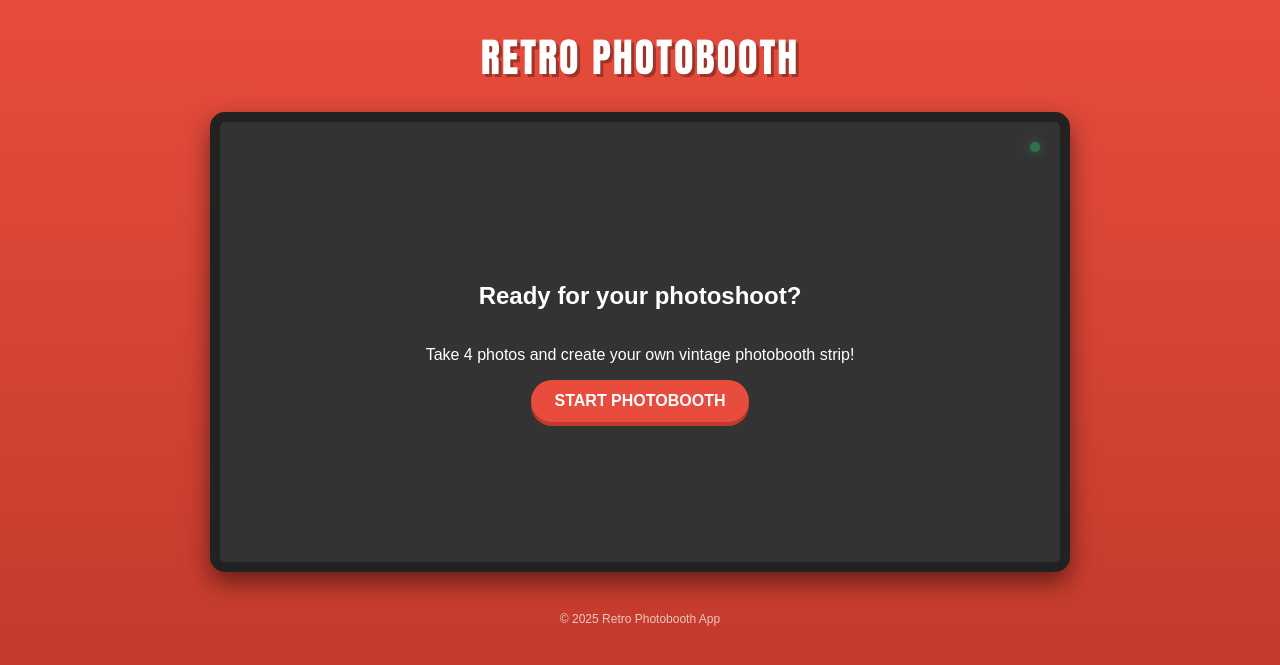
Repository: Strawb3rryjam/QuickSnip
Page: index.html
The author's editor kept a copy of each file at every save. The page is drawn from the files as they stood at one save, then again after the next save.
The browser window is 1280 px wide. The pictures show the whole page.

Above is the page before, as saved 2025-05-08 15:19:49.

### index.html
<!DOCTYPE html>
<html lang="en">

<head>
    <meta charset="UTF-8">
    <meta name="viewport" content="width=device-width, initial-scale=1.0">
    <title>Retro Photobooth</title>
    <link rel="stylesheet" href="styles.css">
</head>

<body>
    <h1>RETRO PHOTOBOOTH</h1>
    <div class="container">
        <div class="retro-light"></div>

        <div class="start-screen" id="startScreen">

            <h2>Ready for your photoshoot?</h2>
            <p>Take 4 photos and create your own vintage photobooth strip!</p>
            <button id="startButton">Start Photobooth</button>
        </div>

        <div class="camera-container" id="cameraContainer">
            <video id="camera" autoplay playsinline></video>
            <div class="countdown" id="countdown"></div>
            <div class="flash" id="flash"></div>
            <div class="loading-message" id="loadingMessage">Initializing camera...</div>
        </div>

        <div class="controls" id="cameraControls" style="display: none;">
            <button id="captureButton">Take Photos</button>
        </div>

        <div class="photostrip-container" id="photostripContainer">
            <div class="photostrip" id="photostrip">
                <div class="photostrip-branding">Retro Photobooth - April 28, 2025</div>
            </div>

            <div class="editor-tools">
                <div>
                    <h3>Border Color</h3>
                    <div class="color-picker" id="colorPicker">
                        <div class="color selected" style="background-color: white;" data-color="white"></div>
                        <div class="color" style="background-color: #ffcc00;" data-color="#ffcc00"></div>
                        <div class="color" style="background-color: #ff6b6b;" data-color="#ff6b6b"></div>
                        <div class="color" style="background-color: #48dbfb;" data-color="#48dbfb"></div>
                        <div class="color" style="background-color: #1dd1a1;" data-color="#1dd1a1"></div>
                        <div class="color" style="background-color: #f368e0;" data-color="#f368e0"></div>
                        <div class="color" style="background-color: #ff9f43;" data-color="#ff9f43"></div>
                        <div class="color" style="background-color: black;" data-color="black"></div>
                    </div>
                </div>

                <div>
                    <h3>Add Stickers</h3>
                    <div class="stickers" id="stickerPicker">
                        <div class="sticker">⭐</div>
                        <div class="sticker">❤️</div>
                        <div class="sticker">🌈</div>
                        <div class="sticker">😎</div>
                        <div class="sticker">🎉</div>
                        <div class="sticker">✨</div>
                        <div class="sticker">💯</div>
                        <div class="sticker">🔥</div>
                        <div class="sticker">👑</div>
                        <div class="sticker">🦄</div>
                    </div>
                </div>

                <button id="downloadButton">Download Photostrip</button>
                <button id="resetButton">Take New Photos</button>
            </div>
        </div>
    </div>

    <div id="copyright">© 2025 Retro Photobooth App</div>

    <script src="https://cdnjs.cloudflare.com/ajax/libs/html2canvas/1.4.1/html2canvas.min.js"></script>
    <script src="scripts.js"></script>
</body>

</html>

### styles.css
body {
  font-family: 'Arial', sans-serif;
  background-color: #f0f0f0;
  margin: 0;
  padding: 0;
  display: flex;
  flex-direction: column;
  align-items: center;
  min-height: 100vh;
  background-image: linear-gradient(to bottom, #e74c3c, #c0392b);
  color: white;
  text-align: center;
}

h1 {
  font-family: 'Impact', sans-serif;
  letter-spacing: 2px;
  font-size: 2.5rem;
  text-shadow: 3px 3px 0px rgba(0, 0, 0, 0.3);
  margin-bottom: 5px;
}


.photobooth-exterior {
  position: relative;
  width: 100vw;
  height: 100vh;
  overflow: hidden;
  display: flex;
  justify-content: center;
  align-items: center;
}



.entrance {
  position: absolute;
  top: 0;
  left: 0;
  width: 100%;
  height: 100%;
  object-fit: cover;
  object-position: center;
  z-index: -1;
}




#curtain {
  position: absolute;
  width: 20vw; /* Responsive width */
  height: 428px; /* Let it scale proportionally */
  left: 50%; /* Center-ish position */
  top: 35%;  /* Adjust as needed */
  transform: translate(-30%, -14%); /* Centers the image on its position point */
  object-fit: contain;
  cursor: pointer;
  z-index: 1; /* Above entrance image */
}






.container {
  max-width: 800px;
  width: 95%;
  background-color: #333;
  border-radius: 15px;
  padding: 20px;
  box-shadow: 0 10px 25px rgba(0, 0, 0, 0.5);
  margin: 20px 0;
  border: 10px solid #222;
  position: relative;
}

.start-screen {
  display: flex;
  flex-direction: column;
  align-items: center;
  justify-content: center;
  height: 400px;
}

.camera-container {
  position: relative;
  margin: 0 auto;
  width: 100%;
  max-width: 640px;
  border-radius: 8px;
  overflow: hidden;
  display: none;
}

#camera {
  width: 100%;
  height: auto;
  background-color: #222;
  border-radius: 8px;
  transform: scaleX(-1);
}

.controls {
  margin-top: 20px;
  display: flex;
  justify-content: center;
  flex-wrap: wrap;
  gap: 10px;
}

button {
  background-color: #e74c3c;
  color: white;
  border: none;
  padding: 12px 24px;
  font-size: 16px;
  border-radius: 30px;
  cursor: pointer;
  transition: all 0.3s;
  font-weight: bold;
  box-shadow: 0 4px 0 #c0392b;
  text-transform: uppercase;
}

button:hover {
  background-color: #c0392b;
  box-shadow: 0 2px 0 #9e2a1e;
  transform: translateY(2px);
}

button:active {
  transform: translateY(4px);
  box-shadow: none;
}

button:disabled {
  background-color: #999;
  box-shadow: none;
  cursor: not-allowed;
}

.countdown {
  position: absolute;
  top: 50%;
  left: 50%;
  transform: translate(-50%, -50%);
  font-size: 8rem;
  color: white;
  text-shadow: 0 0 10px #000;
  opacity: 0.8;
  display: none;
}

.flash {
  position: absolute;
  top: 0;
  left: 0;
  width: 100%;
  height: 100%;
  background-color: white;
  opacity: 0;
  transition: opacity 0.1s;
}

.photostrip-container {
  display: none;
  flex-direction: column;
  align-items: center;
  width: 100%;
}

.photostrip {
  display: flex;
  flex-direction: column;
  gap: 10px;
  background-color: white;
  padding: 20px;
  width: 240px;
  border-radius: 5px;
  box-shadow: 0 0 10px rgba(0,0,0,0.5);
  margin-bottom: 20px;
  position: relative;
}

.photostrip img {
  width: 100%;
  height: auto;
  border: 1px solid #ddd;
}

.photostrip-branding {
  color: #333;
  font-size: 12px;
  margin-top: 10px;
  text-align: center;
  font-family: 'Courier New', monospace;
}

.editor-tools {
  display: flex;
  flex-wrap: wrap;
  justify-content: center;
  gap: 10px;
  margin-top: 20px;
  width: 100%;
}

.color-picker {
  display: flex;
  flex-wrap: wrap;
  justify-content: center;
  gap: 5px;
  margin-bottom: 15px;
}

.color {
  width: 30px;
  height: 30px;
  border-radius: 50%;
  cursor: pointer;
  border: 2px solid transparent;
  transition: transform 0.2s;
}

.color:hover {
  transform: scale(1.2);
}

.color.selected {
  border: 2px solid white;
  box-shadow: 0 0 5px rgba(0,0,0,0.5);
}

.stickers {
  display: flex;
  flex-wrap: wrap;
  justify-content: center;
  gap: 10px;
  margin-bottom: 15px;
}

.sticker {
  font-size: 24px;
  cursor: pointer;
  background-color: rgba(255, 255, 255, 0.2);
  border-radius: 5px;
  padding: 5px;
  transition: transform 0.2s;
}

.sticker:hover {
  transform: scale(1.2);
}

.draggable-sticker {
  position: absolute;
  cursor: move;
  user-select: none;
  font-size: 24px;
}

.retro-light {
  position: absolute;
  width: 10px;
  height: 10px;
  background-color: #2ecc71;
  border-radius: 50%;
  top: 20px;
  right: 20px;
  box-shadow: 0 0 10px #2ecc71;
  animation: blink 2s infinite;
}

@keyframes blink {
  0%, 100% { opacity: 1; }
  50% { opacity: 0.4; }
}

.loading-message {
  font-size: 1.2rem;
  margin-bottom: 20px;
  animation: pulse 1.5s infinite;
}

@keyframes pulse {
  0%, 100% { opacity: 1; }
  50% { opacity: 0.5; }
}

#copyright {
  margin-top: 20px;
  font-size: 12px;
  opacity: 0.7;
}

### scripts.js
document.addEventListener("DOMContentLoaded", () => {
  // DOM Elements
  const startScreen = document.getElementById("startScreen");
  const cameraContainer = document.getElementById("cameraContainer");
  const camera = document.getElementById("camera");
  const captureButton = document.getElementById("captureButton");
  const startButton = document.getElementById("startButton");
  const cameraControls = document.getElementById("cameraControls");
  const countdown = document.getElementById("countdown");
  const flash = document.getElementById("flash");
  const photostripContainer = document.getElementById("photostripContainer");
  const photostrip = document.getElementById("photostrip");
  const downloadButton = document.getElementById("downloadButton");
  const resetButton = document.getElementById("resetButton");
  const colorPicker = document.getElementById("colorPicker");
  const stickerPicker = document.getElementById("stickerPicker");
  const loadingMessage = document.getElementById("loadingMessage");

  // App State
  let stream = null;
  let photosTaken = 0;
  const maxPhotos = 4;
  let photoElements = [];
  let isCountingDown = false;

  // Start the photobooth
  startButton.addEventListener("click", initCamera);

  // Initialize the camera
  async function initCamera() {
    startScreen.style.display = "none";
    cameraContainer.style.display = "block";

    try {
      stream = await navigator.mediaDevices.getUserMedia({
        video: {
          facingMode: "user",
          width: { ideal: 640 },
          height: { ideal: 480 },
        },
        audio: false,
      });

      camera.srcObject = stream;
      loadingMessage.style.display = "none";
      cameraControls.style.display = "flex";
      captureButton.addEventListener("click", startPhotoSequence);
    } catch (err) {
      loadingMessage.textContent = "Camera access denied or not available :(";
      console.error("Error accessing camera:", err);
    }
  }

  // Start the photo taking sequence
  function startPhotoSequence() {
    if (isCountingDown) return;

    isCountingDown = true;
    captureButton.disabled = true;
    startCountdown();
  }

  // Display countdown before taking photo
  function startCountdown() {
    let count = 3;
    countdown.textContent = count;
    countdown.style.display = "block";

    const countInterval = setInterval(() => {
      count--;

      if (count > 0) {
        countdown.textContent = count;
      } else {
        clearInterval(countInterval);
        countdown.style.display = "none";
        takePhoto();
      }
    }, 1000);
  }

  // Take a photo
  function takePhoto() {
    // Create flash effect
    flash.style.opacity = "0.8";
    setTimeout(() => {
      flash.style.opacity = "0";
    }, 100);

    // Create the canvas to capture the photo
    const canvas = document.createElement("canvas");
    const context = canvas.getContext("2d");

    // Set canvas dimensions to match the video
    canvas.width = camera.videoWidth;
    canvas.height = camera.videoHeight;

    // Draw the video frame on the canvas, flip horizontally
    context.translate(canvas.width, 0);
    context.scale(-1, 1);
    context.drawImage(camera, 0, 0, canvas.width, canvas.height);

    // Convert canvas to image
    const imgUrl = canvas.toDataURL("image/jpeg");

    // Add to photostrip
    photosTaken++;
    const photoElement = document.createElement("img");
    photoElement.src = imgUrl;
    photoElement.alt = `Photo ${photosTaken}`;
    photoElements.push(photoElement);

    // Check if we need to take more photos
    if (photosTaken < maxPhotos) {
      // Wait before next photo
      setTimeout(() => {
        isCountingDown = false;
        startCountdown();
      }, 1000);
    } else {
      // We're done taking photos
      finishPhotoSession();
    }
  }

  // Finish photo session and show the photostrip
  function finishPhotoSession() {
    // Stop camera
    if (stream) {
      stream.getTracks().forEach((track) => track.stop());
      stream = null;
    }

    // Hide camera UI
    cameraContainer.style.display = "none";
    cameraControls.style.display = "none";

    // Add photos to photostrip
    for (let i = 0; i < photoElements.length; i++) {
      photostrip.appendChild(photoElements[i]);
    }

    // Show photostrip editor
    photostripContainer.style.display = "flex";

    // Initialize the editing tools
    initEditingTools();
  }

  // Initialize editing tools for photostrip
  function initEditingTools() {
    // Color picker functionality
    colorPicker.querySelectorAll(".color").forEach((colorEl) => {
      colorEl.addEventListener("click", () => {
        // Remove selected class from all colors
        colorPicker.querySelectorAll(".color").forEach((el) => {
          el.classList.remove("selected");
        });

        // Add selected class to clicked color
        colorEl.classList.add("selected");

        // Apply color to photostrip
        const selectedColor = colorEl.getAttribute("data-color");
        photostrip.style.backgroundColor = selectedColor;
      });
    });

    // Sticker functionality
    stickerPicker.querySelectorAll(".sticker").forEach((stickerEl) => {
      stickerEl.addEventListener("click", () => {
        addSticker(stickerEl.textContent);
      });
    });

    // Download button
    downloadButton.addEventListener("click", downloadPhotostrip);

    // Reset button
    resetButton.addEventListener("click", resetPhotobooth);
  }

  // Add a draggable sticker to the photostrip
  function addSticker(emoji) {
    const sticker = document.createElement("div");
    sticker.classList.add("draggable-sticker");
    sticker.textContent = emoji;
    sticker.style.left = "50%";
    sticker.style.top = "50%";
    sticker.style.transform = "translate(-50%, -50%)";
    photostrip.appendChild(sticker);

    // Make sticker draggable
    let isDragging = false;
    let offsetX, offsetY;

    sticker.addEventListener("mousedown", (e) => {
      isDragging = true;
      const rect = sticker.getBoundingClientRect();
      offsetX = e.clientX - rect.left;
      offsetY = e.clientY - rect.top;
      sticker.style.zIndex = "1000";
    });

    document.addEventListener("mousemove", (e) => {
      if (!isDragging) return;

      const photoRect = photostrip.getBoundingClientRect();
      const x = e.clientX - photoRect.left - offsetX;
      const y = e.clientY - photoRect.top - offsetY;

      sticker.style.left = `${x}px`;
      sticker.style.top = `${y}px`;
      sticker.style.transform = "none";
    });

    document.addEventListener("mouseup", () => {
      isDragging = false;
      sticker.style.zIndex = "999";
    });

    // Touch support for mobile
    sticker.addEventListener("touchstart", (e) => {
      isDragging = true;
      const touch = e.touches[0];
      const rect = sticker.getBoundingClientRect();
      offsetX = touch.clientX - rect.left;
      offsetY = touch.clientY - rect.top;
      sticker.style.zIndex = "1000";
      e.preventDefault();
    });

    document.addEventListener("touchmove", (e) => {
      if (!isDragging) return;

      const touch = e.touches[0];
      const photoRect = photostrip.getBoundingClientRect();
      const x = touch.clientX - photoRect.left - offsetX;
      const y = touch.clientY - photoRect.top - offsetY;

      sticker.style.left = `${x}px`;
      sticker.style.top = `${y}px`;
      sticker.style.transform = "none";
      e.preventDefault();
    });

    document.addEventListener("touchend", () => {
      isDragging = false;
      sticker.style.zIndex = "999";
    });
  }

  // Download the photostrip
  function downloadPhotostrip() {
    html2canvas(photostrip).then((canvas) => {
      const link = document.createElement("a");
      link.download = "retro-photostrip.jpg";
      link.href = canvas.toDataURL("image/jpeg", 0.8);
      link.click();
    });
  }

  // Reset the photobooth to start again
  function resetPhotobooth() {
    // Reset counters and arrays
    photosTaken = 0;
    photoElements = [];

    // Clear the photostrip
    const photos = photostrip.querySelectorAll("img");
    const stickers = photostrip.querySelectorAll(".draggable-sticker");

    photos.forEach((photo) => photo.remove());
    stickers.forEach((sticker) => sticker.remove());

    // Reset photostrip color
    photostrip.style.backgroundColor = "white";
    colorPicker.querySelectorAll(".color").forEach((el) => {
      el.classList.remove("selected");
    });
    colorPicker.querySelector('[data-color="white"]').classList.add("selected");

    // Hide photostrip and show start screen
    photostripContainer.style.display = "none";
    startScreen.style.display = "flex";

    // Reset buttons
    captureButton.disabled = false;
    isCountingDown = false;
  }
});

After the next save:
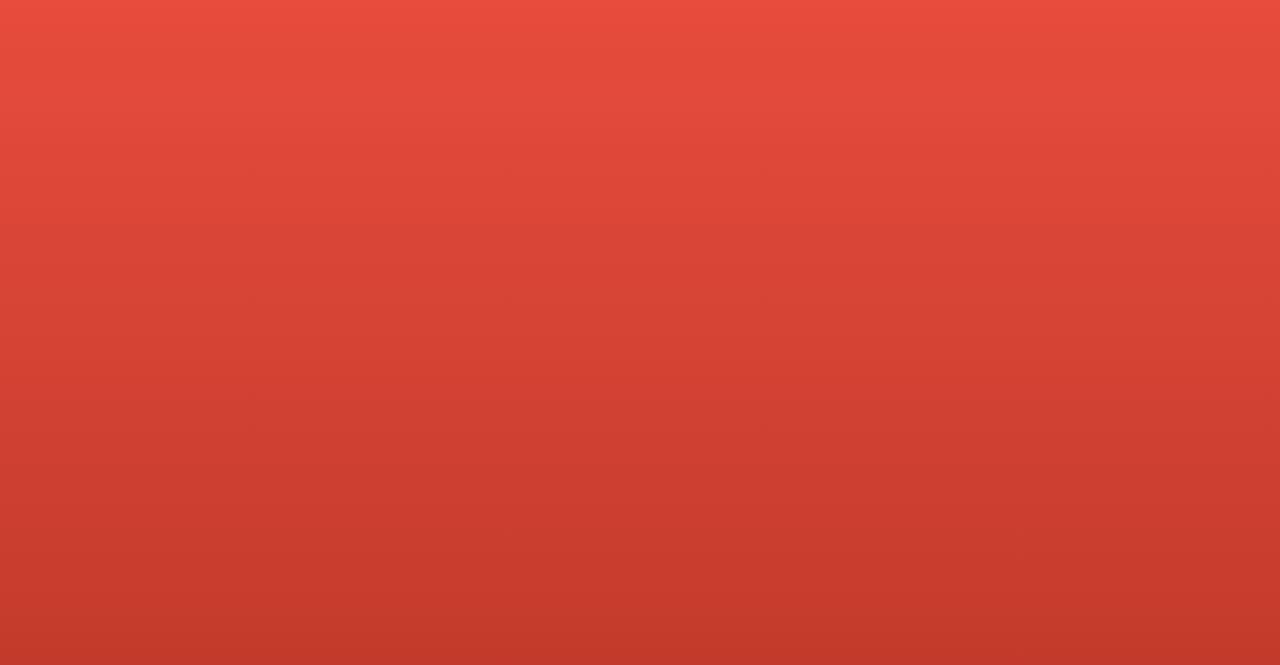
Saved 2 min 46 s later.
--- a/index.html
+++ b/index.html
@@ -4,79 +4,13 @@
 <head>
     <meta charset="UTF-8">
     <meta name="viewport" content="width=device-width, initial-scale=1.0">
-    <title>Retro Photobooth</title>
+    <title>Document</title>
     <link rel="stylesheet" href="styles.css">
+
 </head>
 
 <body>
-    <h1>RETRO PHOTOBOOTH</h1>
-    <div class="container">
-        <div class="retro-light"></div>
 
-        <div class="start-screen" id="startScreen">
-
-            <h2>Ready for your photoshoot?</h2>
-            <p>Take 4 photos and create your own vintage photobooth strip!</p>
-            <button id="startButton">Start Photobooth</button>
-        </div>
-
-        <div class="camera-container" id="cameraContainer">
-            <video id="camera" autoplay playsinline></video>
-            <div class="countdown" id="countdown"></div>
-            <div class="flash" id="flash"></div>
-            <div class="loading-message" id="loadingMessage">Initializing camera...</div>
-        </div>
-
-        <div class="controls" id="cameraControls" style="display: none;">
-            <button id="captureButton">Take Photos</button>
-        </div>
-
-        <div class="photostrip-container" id="photostripContainer">
-            <div class="photostrip" id="photostrip">
-                <div class="photostrip-branding">Retro Photobooth - April 28, 2025</div>
-            </div>
-
-            <div class="editor-tools">
-                <div>
-                    <h3>Border Color</h3>
-                    <div class="color-picker" id="colorPicker">
-                        <div class="color selected" style="background-color: white;" data-color="white"></div>
-                        <div class="color" style="background-color: #ffcc00;" data-color="#ffcc00"></div>
-                        <div class="color" style="background-color: #ff6b6b;" data-color="#ff6b6b"></div>
-                        <div class="color" style="background-color: #48dbfb;" data-color="#48dbfb"></div>
-                        <div class="color" style="background-color: #1dd1a1;" data-color="#1dd1a1"></div>
-                        <div class="color" style="background-color: #f368e0;" data-color="#f368e0"></div>
-                        <div class="color" style="background-color: #ff9f43;" data-color="#ff9f43"></div>
-                        <div class="color" style="background-color: black;" data-color="black"></div>
-                    </div>
-                </div>
-
-                <div>
-                    <h3>Add Stickers</h3>
-                    <div class="stickers" id="stickerPicker">
-                        <div class="sticker">⭐</div>
-                        <div class="sticker">❤️</div>
-                        <div class="sticker">🌈</div>
-                        <div class="sticker">😎</div>
-                        <div class="sticker">🎉</div>
-                        <div class="sticker">✨</div>
-                        <div class="sticker">💯</div>
-                        <div class="sticker">🔥</div>
-                        <div class="sticker">👑</div>
-                        <div class="sticker">🦄</div>
-                    </div>
-                </div>
-
-                <button id="downloadButton">Download Photostrip</button>
-                <button id="resetButton">Take New Photos</button>
-            </div>
-        </div>
-    </div>
-
-    <div id="copyright">© 2025 Retro Photobooth App</div>
-
-    <script src="https://cdnjs.cloudflare.com/ajax/libs/html2canvas/1.4.1/html2canvas.min.js"></script>
-    <script src="scripts.js"></script>
 </body>
 
 </html>
